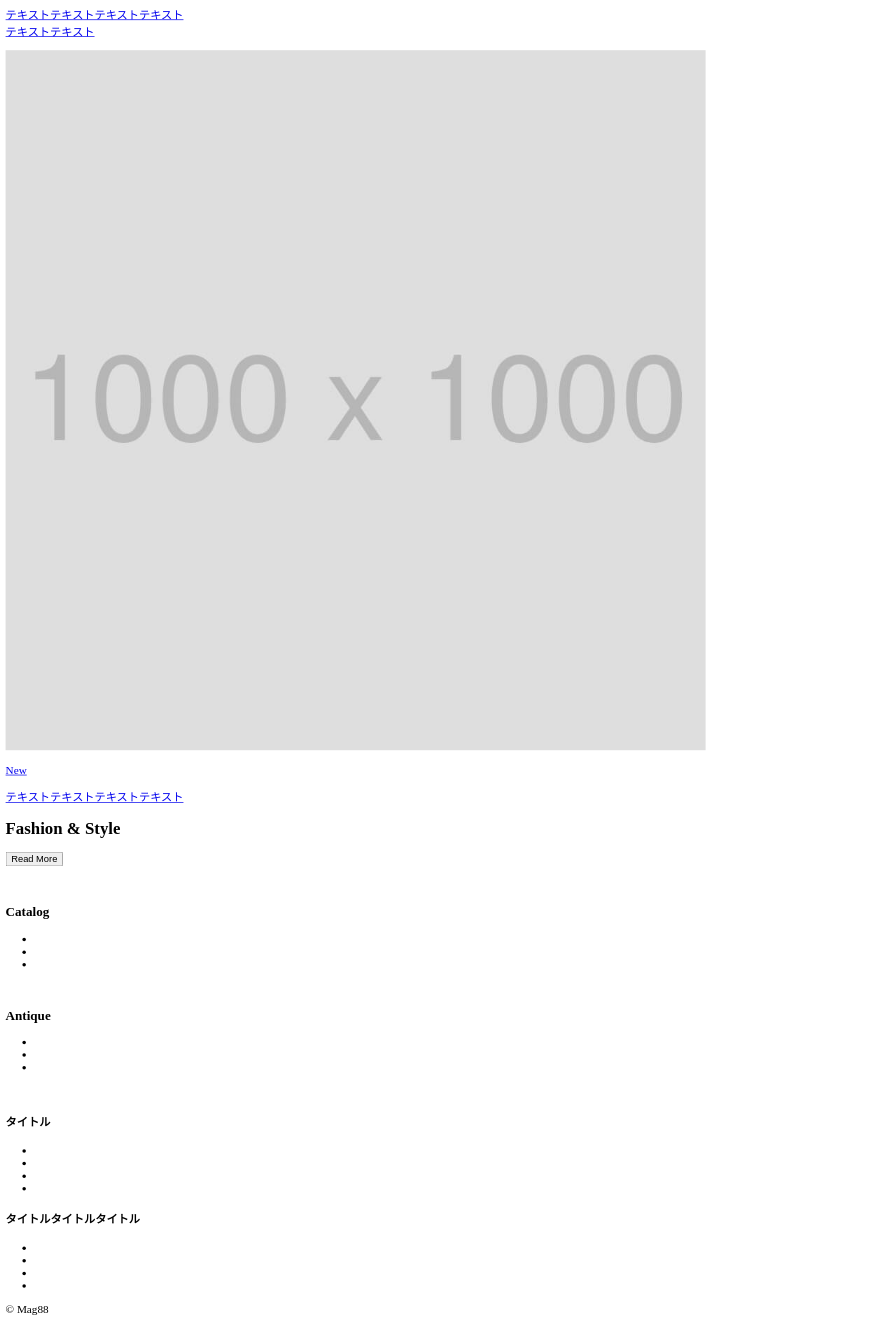
Repository: Fuki-san/bookstore
Page: http://localhost/book
An editor plug-in stored every save of this project. The page is shown before and after the next save, followed by the edit.
The browser window is 1280 px wide. The pictures show the part of the page from y = 1224 to 3144 px (the page is 3120 px tall before and 3144 px after), at 70% of full size.
The page is served by the project's Laravel application, run on PHP 8.4 with Laravel 10. Other server files are loaded and not shown.

Above is the page before, as saved 2023-11-20 12:13:13.

### routes/web.php
<?php

use Illuminate\Support\Facades\Route;

/*
|--------------------------------------------------------------------------
| Web Routes
|--------------------------------------------------------------------------
|
| Here is where you can register web routes for your application. These
| routes are loaded by the RouteServiceProvider and all of them will
| be assigned to the "web" middleware group. Make something great!
|
*/

Route::get('/', function () {
    return view('welcome');
});

Route::get('book', function() {
    return view('bookstore');
})->name('book');

### resources/views/bookstore.blade.php
@extends('layouts.main')

@section('title', 'bookstore')

@section('content')
    <header>
        <h1 class="site-title"><img src="img/logo.svg" alt="Mag88"></h1>
    </header>

    <main>
        <section id="magazine" class="wrapper">
            <h2 class="sec-title">A special, long article in a newspaper or magazine</h2>
            <p>テキストテキスト</p>
            <div class="flex-item">
                <a class="item" href="#">
                    <img src="img/magazine-archive.jpg">
                    <div class="text">
                        <p class="title">Archive</p>
                        <p>
                            テキストテキストテキストテキスト<br>
                            テキストテキスト
                        </p>
                    </div>
                </a>
                <a href="#" class="item">
                    <img src="img/magazine-new.jpg">
                    <div class="text">
                        <p class="title">New</p>
                        <p>
                            テキストテキストテキストテキスト
                        </p>
                    </div>
                </a>
            </div>
        </section>

        <section id="fashion" class="wrapper">
            <h2>Fashion & Style</h2>
            <p></p>
            <div><a href=""></a><input type="submit" class="button" value="Read More"></div>
            <img src="">
        </section>
        <section class="catalog-antique">
            <img src="">
            <h3>Catalog</h3>
            <ul>
                <li></li>
                <li></li>
                <li></li>
            </ul>
        </section>
        <section class="catalog-antique">
            <img src="">
            <h3>Antique</h3>
            <ul>
                <li></li>
                <li></li>
                <li></li>
            </ul>
        </section>

    </main>


    <footer>
        <div class="footer-menu">
            <img src="">
            <h4>タイトル</h4>
            <ul>
                <li></li>
                <li></li>
                <li></li>
                <li></li>
            </ul>
            <h4>タイトルタイトルタイトル</h4>
            <ul>
                <li></li>
                <li></li>
                <li></li>
                <li></li>
            </ul>
        </div>
        <p>&copy; Mag88</p>
    </footer>
@endsection

### resources/views/layouts/main.blade.php
<!DOCTYPE html>
<html lang="ja">
<head>
    <meta charset="UTF-8">
    <meta name="viewport" content="width=device-width, initial-scale=1.0">
    <meta http-equiv="X-UA-Compatible" content="ie=edge">
    <link rel="stylesheet" href="{{ asset('css/reset.css') }}">
    <link rel="stylesheet" href="{{ asset('css/style.css') }}">
    <link rel="icon" href="img/favicon.ico">
    <title>@yield('title')</title>
</head>
<body>
    @yield('content')
</body>
</html>

### public/img/logo.svg
<?xml version="1.0" encoding="utf-8"?>
<!-- Generator: Adobe Illustrator 15.1.0, SVG Export Plug-In . SVG Version: 6.00 Build 0)  -->
<!DOCTYPE svg PUBLIC "-//W3C//DTD SVG 1.1//EN" "http://www.w3.org/Graphics/SVG/1.1/DTD/svg11.dtd">
<svg version="1.1" id="レイヤー_1" xmlns="http://www.w3.org/2000/svg" xmlns:xlink="http://www.w3.org/1999/xlink" x="0px"
	 y="0px" width="120px" height="40px" viewBox="0 0 120 40" enable-background="new 0 0 120 40" xml:space="preserve">
<text transform="matrix(1 0 0 1 11.667 -25.8213)" fill="#2B3137" font-family="'Arial-BoldMT'" font-size="31.8021">Mag88</text>
<rect fill="#2A2A2A" width="120" height="40"/>
<g>
	<path fill="#FFFFFF" d="M13.351,29.333V6.568h6.879l4.13,15.529l4.084-15.529h6.895v22.765h-4.271v-17.92l-4.519,17.92h-4.425
		l-4.503-17.92v17.92H13.351z"/>
	<path fill="#FFFFFF" d="M43.134,17.872l-3.96-0.714c0.445-1.595,1.211-2.774,2.299-3.54c1.087-0.766,2.701-1.149,4.845-1.149
		c1.946,0,3.396,0.23,4.348,0.69c0.952,0.461,1.623,1.047,2.011,1.756c0.389,0.709,0.582,2.01,0.582,3.904l-0.046,5.094
		c0,1.449,0.069,2.518,0.21,3.207c0.139,0.688,0.4,1.426,0.783,2.213h-4.316c-0.113-0.29-0.254-0.72-0.419-1.289
		c-0.073-0.259-0.124-0.43-0.155-0.513c-0.746,0.725-1.543,1.269-2.392,1.63c-0.849,0.363-1.755,0.544-2.718,0.544
		c-1.697,0-3.035-0.46-4.014-1.382s-1.467-2.086-1.467-3.494c0-0.932,0.222-1.762,0.667-2.492c0.444-0.73,1.069-1.289,1.871-1.677
		c0.802-0.389,1.959-0.728,3.471-1.018c2.039-0.383,3.452-0.739,4.239-1.071v-0.435c0-0.839-0.207-1.437-0.621-1.794
		s-1.195-0.535-2.345-0.535c-0.776,0-1.382,0.152-1.817,0.458C43.755,16.571,43.403,17.106,43.134,17.872z M48.973,21.413
		c-0.559,0.187-1.444,0.409-2.655,0.668c-1.212,0.259-2.003,0.512-2.376,0.761c-0.569,0.403-0.854,0.916-0.854,1.537
		c0,0.61,0.227,1.14,0.683,1.584c0.456,0.445,1.035,0.667,1.739,0.667c0.787,0,1.537-0.258,2.252-0.775
		c0.527-0.394,0.875-0.875,1.04-1.444c0.114-0.373,0.171-1.081,0.171-2.128V21.413z"/>
	<path fill="#FFFFFF" d="M57.157,30.419l4.984,0.605c0.083,0.58,0.274,0.979,0.574,1.196c0.414,0.311,1.066,0.466,1.957,0.466
		c1.139,0,1.992-0.171,2.563-0.512c0.383-0.229,0.673-0.596,0.869-1.104c0.135-0.362,0.202-1.029,0.202-2.003v-2.407
		c-1.304,1.781-2.95,2.672-4.938,2.672c-2.215,0-3.97-0.938-5.264-2.811c-1.015-1.48-1.521-3.324-1.521-5.529
		c0-2.764,0.664-4.875,1.995-6.335c1.33-1.46,2.983-2.189,4.962-2.189c2.039,0,3.721,0.896,5.046,2.687v-2.314h4.084V27.64
		c0,1.946-0.161,3.4-0.481,4.363s-0.771,1.719-1.351,2.268c-0.58,0.549-1.354,0.979-2.321,1.289
		c-0.969,0.311-2.192,0.466-3.673,0.466c-2.795,0-4.778-0.479-5.947-1.437c-1.17-0.957-1.755-2.172-1.755-3.642
		C57.141,30.802,57.147,30.626,57.157,30.419z M61.054,20.745c0,1.75,0.339,3.031,1.017,3.844c0.679,0.813,1.515,1.219,2.508,1.219
		c1.066,0,1.967-0.416,2.703-1.25c0.734-0.834,1.102-2.068,1.102-3.703c0-1.709-0.352-2.977-1.056-3.805s-1.595-1.242-2.671-1.242
		c-1.045,0-1.907,0.406-2.586,1.219C61.393,17.839,61.054,19.079,61.054,20.745z"/>
	<path fill="#FFFFFF" d="M79.797,17.05c-1.129-0.477-1.949-1.131-2.462-1.965c-0.513-0.833-0.769-1.746-0.769-2.74
		c0-1.697,0.593-3.101,1.778-4.208c1.185-1.107,2.87-1.662,5.054-1.662c2.164,0,3.844,0.554,5.039,1.662
		c1.196,1.108,1.794,2.511,1.794,4.208c0,1.056-0.274,1.995-0.823,2.818c-0.549,0.822-1.32,1.451-2.313,1.887
		c1.263,0.508,2.224,1.248,2.88,2.221c0.658,0.973,0.986,2.096,0.986,3.369c0,2.102-0.67,3.811-2.011,5.125
		s-3.124,1.972-5.349,1.972c-2.071,0-3.795-0.544-5.172-1.63c-1.625-1.284-2.438-3.045-2.438-5.28c0-1.231,0.305-2.362,0.916-3.394
		C77.52,18.403,78.482,17.608,79.797,17.05z M80.293,22.407c0,1.201,0.309,2.138,0.924,2.811c0.616,0.673,1.385,1.01,2.307,1.01
		c0.9,0,1.646-0.324,2.236-0.971c0.59-0.647,0.885-1.582,0.885-2.803c0-1.066-0.301-1.924-0.9-2.57
		c-0.602-0.646-1.361-0.971-2.283-0.971c-1.066,0-1.861,0.367-2.383,1.103C80.555,20.751,80.293,21.548,80.293,22.407z
		 M80.698,12.655c0,0.869,0.246,1.547,0.737,2.034c0.491,0.486,1.146,0.729,1.964,0.729c0.828,0,1.491-0.246,1.988-0.737
		s0.745-1.173,0.745-2.042c0-0.818-0.246-1.473-0.737-1.965c-0.492-0.491-1.142-0.737-1.949-0.737c-0.838,0-1.506,0.249-2.003,0.745
		C80.946,11.18,80.698,11.837,80.698,12.655z"/>
	<path fill="#FFFFFF" d="M97.484,17.05c-1.128-0.477-1.948-1.131-2.462-1.965c-0.512-0.833-0.768-1.746-0.768-2.74
		c0-1.697,0.592-3.101,1.777-4.208c1.186-1.107,2.871-1.662,5.055-1.662c2.164,0,3.844,0.554,5.039,1.662
		c1.195,1.108,1.793,2.511,1.793,4.208c0,1.056-0.273,1.995-0.822,2.818c-0.549,0.822-1.32,1.451-2.314,1.887
		c1.264,0.508,2.224,1.248,2.881,2.221c0.658,0.973,0.986,2.096,0.986,3.369c0,2.102-0.67,3.811-2.012,5.125
		c-1.34,1.314-3.123,1.972-5.349,1.972c-2.071,0-3.794-0.544-5.171-1.63c-1.625-1.284-2.438-3.045-2.438-5.28
		c0-1.231,0.305-2.362,0.916-3.394C95.207,18.403,96.168,17.608,97.484,17.05z M97.981,22.407c0,1.201,0.308,2.138,0.924,2.811
		c0.615,0.673,1.385,1.01,2.307,1.01c0.9,0,1.646-0.324,2.235-0.971c0.591-0.647,0.886-1.582,0.886-2.803
		c0-1.066-0.301-1.924-0.901-2.57s-1.361-0.971-2.282-0.971c-1.066,0-1.861,0.367-2.384,1.103S97.981,21.548,97.981,22.407z
		 M98.385,12.655c0,0.869,0.245,1.547,0.736,2.034c0.492,0.486,1.146,0.729,1.965,0.729c0.828,0,1.49-0.246,1.988-0.737
		c0.496-0.491,0.744-1.173,0.744-2.042c0-0.818-0.246-1.473-0.736-1.965c-0.492-0.491-1.143-0.737-1.949-0.737
		c-0.839,0-1.506,0.249-2.004,0.745C98.633,11.18,98.385,11.837,98.385,12.655z"/>
</g>
</svg>

Loaded but not shown: public/css/style.css (no copy from this time; the picture is the same without it)

After the next save:
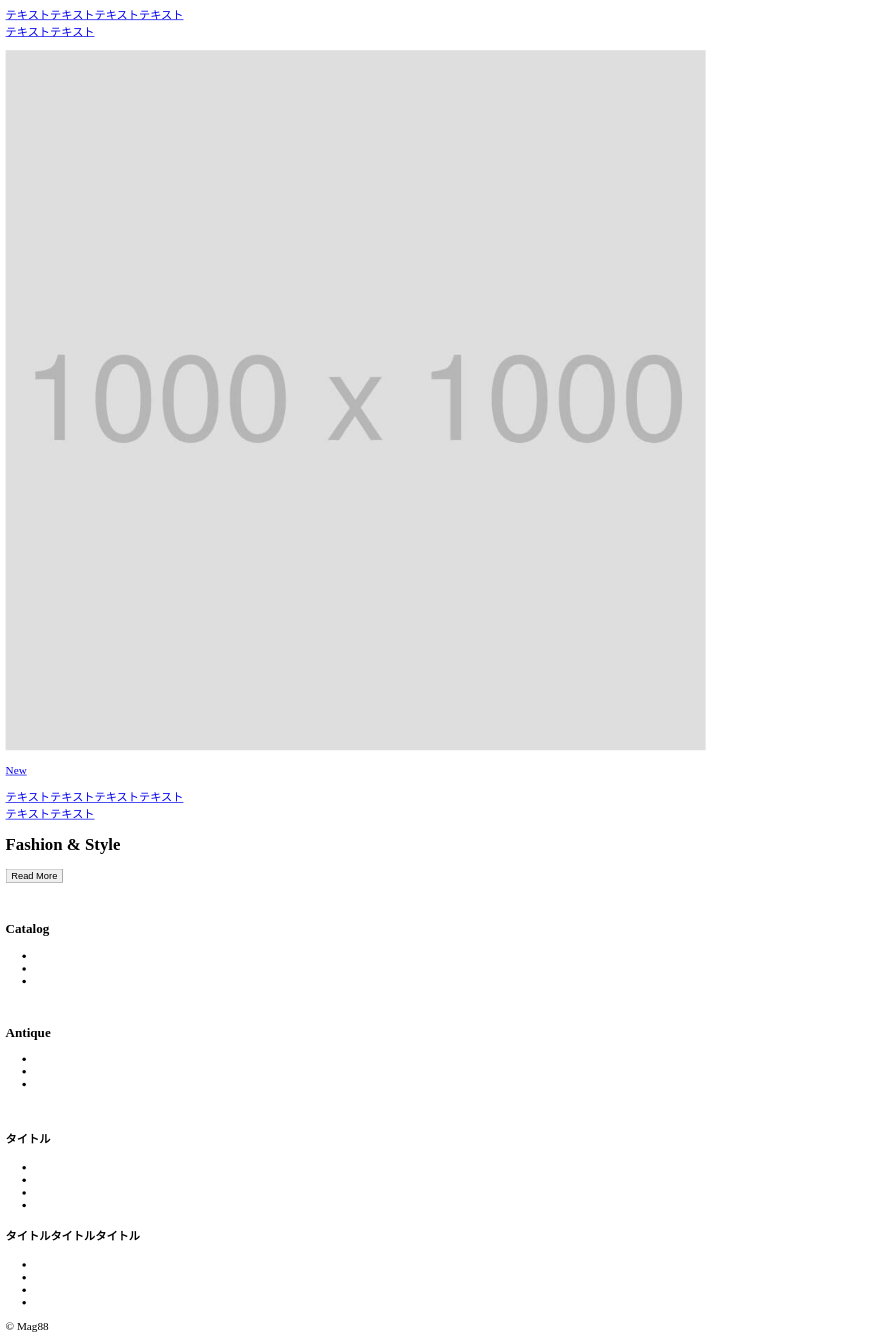
Saved 6 s later.
--- a/resources/views/bookstore.blade.php
+++ b/resources/views/bookstore.blade.php
@@ -27,7 +27,8 @@
                     <div class="text">
                         <p class="title">New</p>
                         <p>
-                            テキストテキストテキストテキスト
+                            テキストテキストテキストテキスト<br>
+                            テキストテキスト
                         </p>
                     </div>
                 </a>
